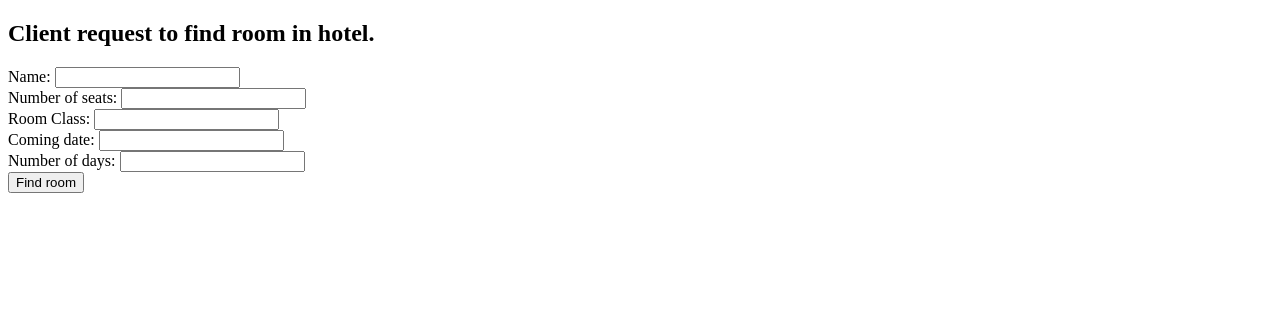
Repository: milosh-alexandr-by/ItAcademyJavaDeveloper
Page: http://localhost/HotelRequestSystem/ClientServlet.jsp
The author's editor kept a copy of each file at every save. The page is drawn from the files as they stood at one save, then again after the next save.
The browser window is 1280 px wide. The pictures show the whole page.
The page is served by Tomcat 9.

Above is the page before, as saved 2015-12-09 13:17:47.

After the next save:
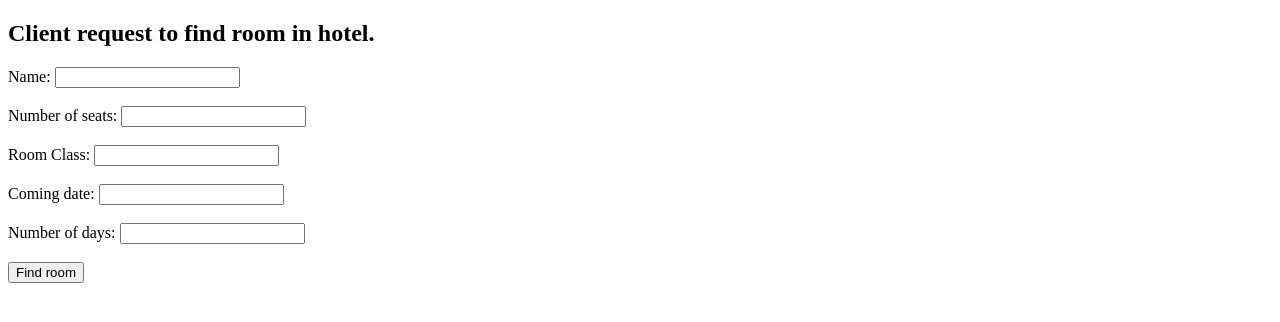
Saved 37 s later.
--- a/Project_WEB/HotelRequestSystem/WebContent/ClientServlet.jsp
+++ b/Project_WEB/HotelRequestSystem/WebContent/ClientServlet.jsp
@@ -11,11 +11,11 @@
 	<h2>Client request to find room in hotel.</h2>
 
 	<form action="HotelRequestSystem" method="GET">
-		Name: <input type="text" name="Name" /> <br/>
-		Number of seats: <input type="text" name="NumberOfSeats" /> <br/>
-		Room Class: <input type="text" name="RoomClass" /> <br/>
-		Coming date: <input type="text" name="ComingDate" /> <br/>
-		Number of days: <input type="text" name="NumberOfDays" /> <br/>
+		Name: <input type="text" name="Name" /> <br/><br/>
+		Number of seats: <input type="text" name="NumberOfSeats" /> <br/><br/>
+		Room Class: <input type="text" name="RoomClass" /> <br/><br/>
+		Coming date: <input type="text" name="ComingDate" /> <br/><br/>
+		Number of days: <input type="text" name="NumberOfDays" /> <br/><br/>
 		<input type="submit" name="findRoom" value="Find room">
 	</form>
 
